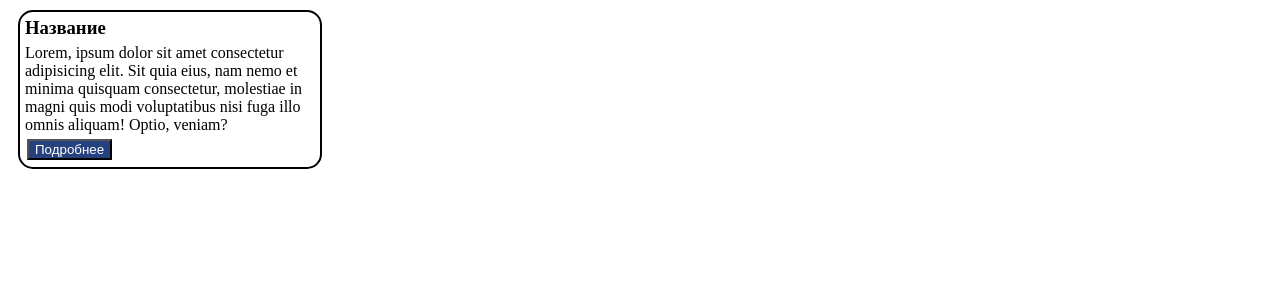
Repository: MaratLK/PLKFrontend
Page: Templates/NewsForIndex.html
The author's editor kept a copy of each file at every save. The page is drawn from the files as they stood at one save, then again after the next save.
The browser window is 1280 px wide. The pictures show the whole page.

Above is the page before, as saved 2024-08-25 06:25:13.

After the next save:
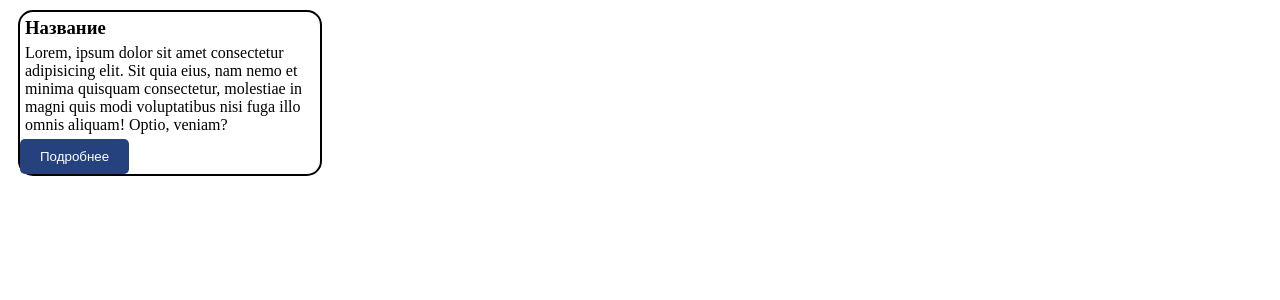
Saved 28 s later.
--- a/Templates/NewsForIndex.html
+++ b/Templates/NewsForIndex.html
@@ -20,8 +20,12 @@
         }
         .newsblk button{
             background-color: #25427e;
-            color: white;
-            margin: 0 0 7px 7px;
+    color: white;
+    padding: 10px 20px;
+    border: none;
+    border-radius: 5px;
+    cursor: pointer;
+    transition: background-color 0.3s;
         }
     </style>
 </head>
